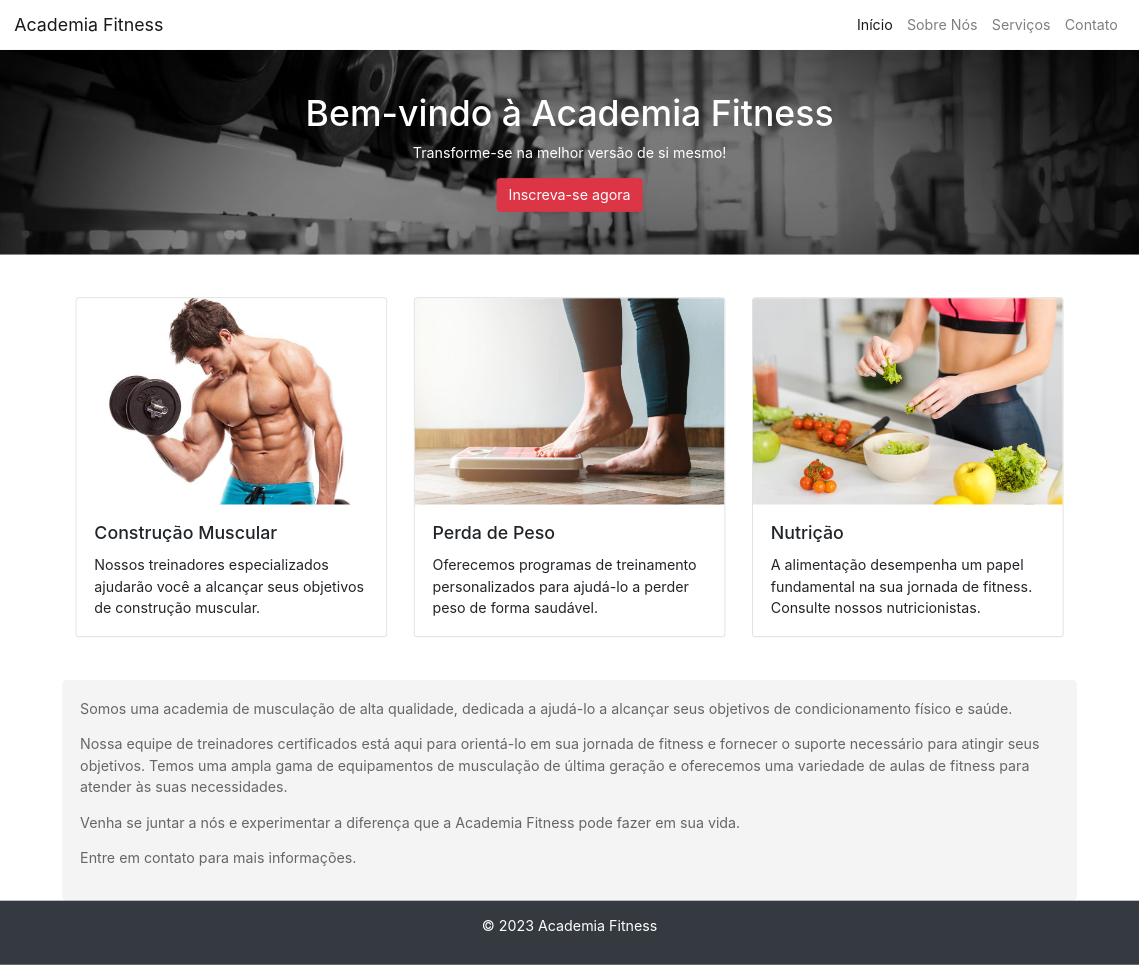
Repository: 01nethy/pratica14
Page: index.html
These files come from the project's save history. The page is drawn as it stood at one moment and after the next save; the edit follows.
The browser window is 1280 px wide. The pictures show the whole page, at 89% of full size.

Above is the page before, as saved 2023-09-08 00:08:02.

### index.html
<!DOCTYPE html>
<html lang="pt-BR">
<head>
    <meta charset="UTF-8">
    <meta name="viewport" content="width=device-width, initial-scale=1.0">
    <title>Academia de Musculação</title>
    <link rel="stylesheet" href="https://stackpath.bootstrapcdn.com/bootstrap/4.5.2/css/bootstrap.min.css">
    <link rel="stylesheet" href="style.css">
</head>
<body>

<!-- Barra de navegação -->
<nav class="navbar navbar-expand-lg navbar-light bg-white">
    <a class="navbar-brand" href="#">Academia Fitness</a>
    <button class="navbar-toggler" type="button" data-toggle="collapse" data-target="#navbarNav" aria-controls="navbarNav" aria-expanded="false" aria-label="Toggle navigation">
        <span class="navbar-toggler-icon"></span>
    </button>
    <div class="collapse navbar-collapse" id="navbarNav">
        <ul class="navbar-nav ml-auto">
            <li class="nav-item active">
                <a class="nav-link" href="#">Início</a>
            </li>
            <li class="nav-item">
                <a class="nav-link" href="#">Sobre Nós</a>
            </li>
            <li class="nav-item">
                <a class="nav-link" href="#">Serviços</a>
            </li>
            <li class="nav-item">
                <a class="nav-link" href="#">Contato</a>
            </li>
        </ul>
    </div>
</nav>

<!-- Cabeçalho -->
<header id="fundo" class="py-5 text-center">
    <h1>Bem-vindo à Academia Fitness</h1>
    <p>Transforme-se na melhor versão de si mesmo!</p>
    <a class="btn btn-danger" href="#">Inscreva-se agora</a>
</header>

<!-- Seção de Destaque -->
<section class="container my-5">
    <div class="row">
        <div class="col-md-4">
            <div class="card">
                <img src="massa.jpg" class="card-img-top" alt="Ganho de Massa">
                <div class="card-body">
                    <h5 class="card-title">Construção Muscular</h5>
                    <p class="card-text">Nossos treinadores especializados ajudarão você a alcançar seus objetivos de construção muscular.</p>
                </div>
            </div>
        </div>
        <div class="col-md-4">
            <div class="card">
                <img src="peso.jpeg" class="card-img-top" alt="Perda de Peso">
                <div class="card-body">
                    <h5 class="card-title">Perda de Peso</h5>
                    <p class="card-text">Oferecemos programas de treinamento personalizados para ajudá-lo a perder peso de forma saudável.</p>
                </div>
            </div>
        </div>
        <div class="col-md-4">
            <div class="card">
                <img src="nutricao.jpg" class="card-img-top" alt="Nutrição">
                <div class="card-body">
                    <h5 class="card-title">Nutrição</h5>
                    <p class="card-text">A alimentação desempenha um papel fundamental na sua jornada de fitness. Consulte nossos nutricionistas.</p>
                </div>
            </div>
        </div>
    </div>
</section>

<div class="container mt-5 info">
    <p>Somos uma academia de musculação de alta qualidade, dedicada a ajudá-lo a alcançar seus objetivos de condicionamento físico e saúde.</p>
    <p>Nossa equipe de treinadores certificados está aqui para orientá-lo em sua jornada de fitness e fornecer o suporte necessário para atingir seus objetivos. Temos uma ampla gama de equipamentos de musculação de última geração e oferecemos uma variedade de aulas de fitness para atender às suas necessidades.</p>
    <p>Venha se juntar a nós e experimentar a diferença que a Academia Fitness pode fazer em sua vida.</p>
    <p>Entre em contato para mais informações.</p>
</div>



<!-- Rodapé -->
<footer class="bg-dark text-white text-center py-3">
    <p>&copy; 2023 Academia Fitness</p>
</footer>


</body>
</html>

### style.css
#fundo{

    background: url(background2.jpg) top left;
    background-size: cover;

}

header{
    color: white;
}

.info {
    background-color: #f4f4f4;
    padding: 20px;
    border-radius: 5px;
    margin-top: 20px;
}

.info h2 {
    font-size: 24px;
    color: #333;
}

.info p {
    font-size: 16px;
    color: #666;
}

After the next save:
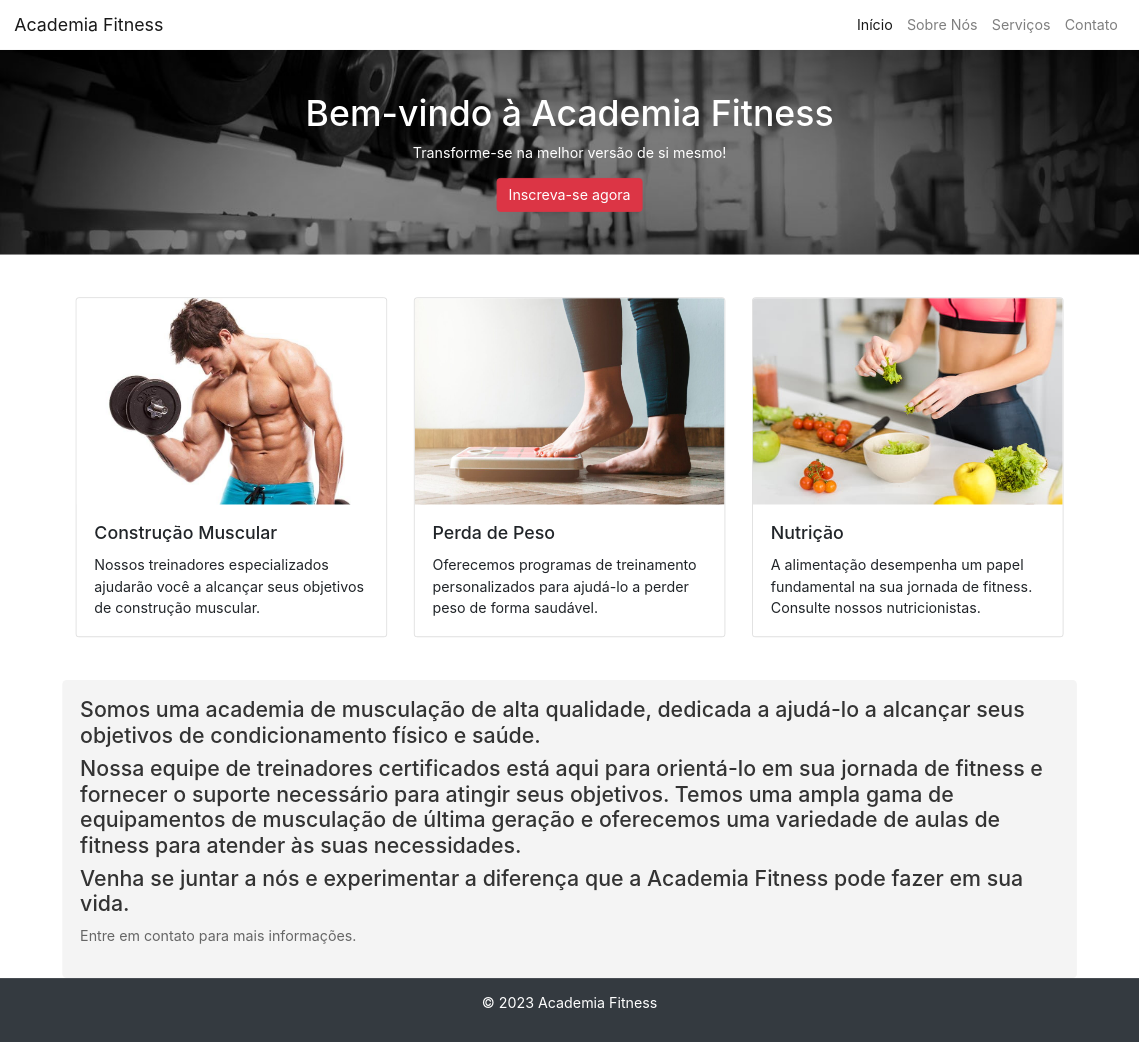
Saved 88 s later.
--- a/index.html
+++ b/index.html
@@ -74,9 +74,9 @@
 </section>
 
 <div class="container mt-5 info">
-    <p>Somos uma academia de musculação de alta qualidade, dedicada a ajudá-lo a alcançar seus objetivos de condicionamento físico e saúde.</p>
-    <p>Nossa equipe de treinadores certificados está aqui para orientá-lo em sua jornada de fitness e fornecer o suporte necessário para atingir seus objetivos. Temos uma ampla gama de equipamentos de musculação de última geração e oferecemos uma variedade de aulas de fitness para atender às suas necessidades.</p>
-    <p>Venha se juntar a nós e experimentar a diferença que a Academia Fitness pode fazer em sua vida.</p>
+    <h2>Somos uma academia de musculação de alta qualidade, dedicada a ajudá-lo a alcançar seus objetivos de condicionamento físico e saúde.</h2>
+    <h2>Nossa equipe de treinadores certificados está aqui para orientá-lo em sua jornada de fitness e fornecer o suporte necessário para atingir seus objetivos. Temos uma ampla gama de equipamentos de musculação de última geração e oferecemos uma variedade de aulas de fitness para atender às suas necessidades.</h2>
+    <h2>Venha se juntar a nós e experimentar a diferença que a Academia Fitness pode fazer em sua vida.</h2>
     <p>Entre em contato para mais informações.</p>
 </div>
 
